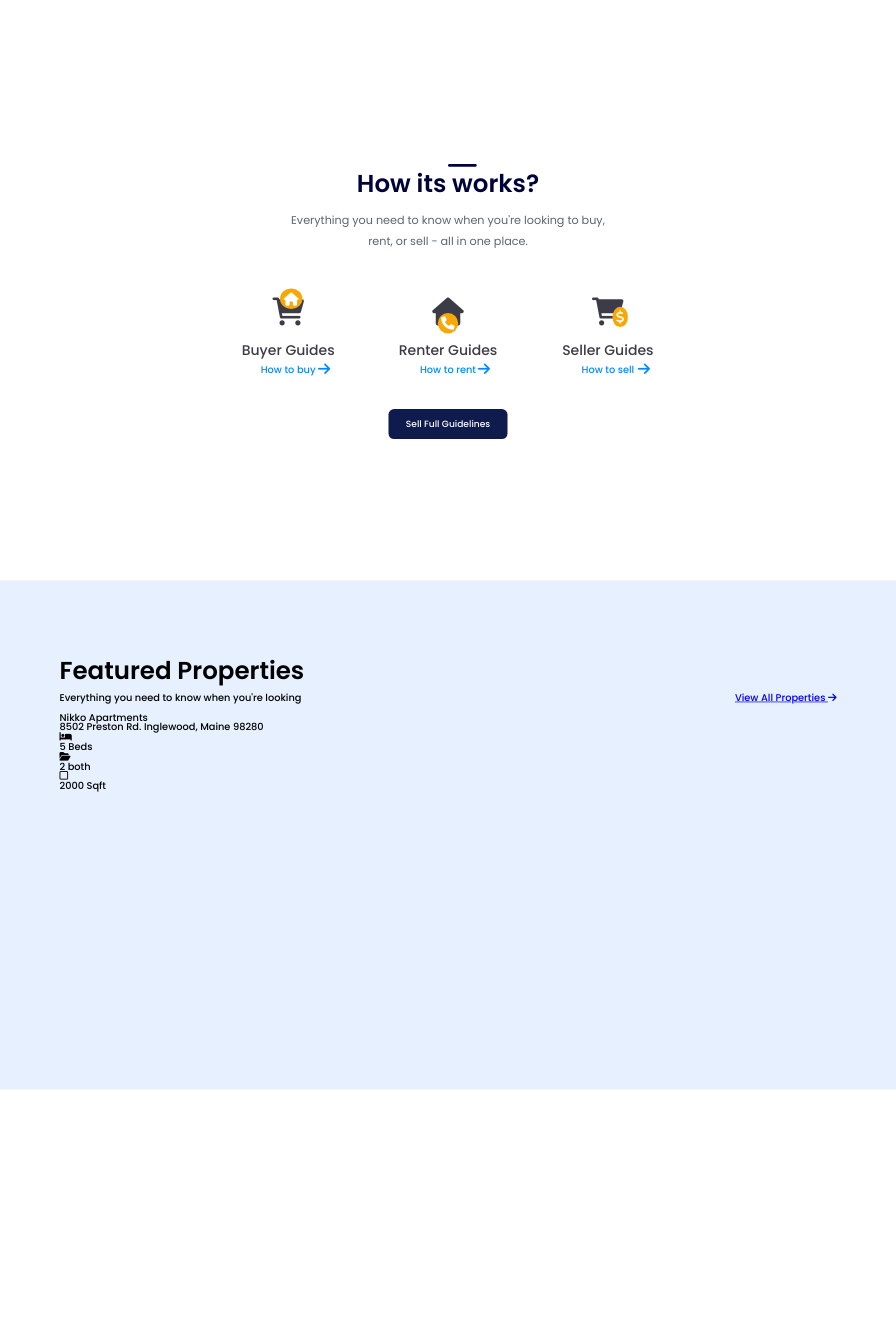
Repository: kauittt/f8-htmlcss-01
Page: index.html
These files come from the project's save history. The page is drawn as it stood at one moment and after the next save; the edit follows.
The browser window is 1280 px wide. The pictures show the part of the page from y = 925 to 2845 px (the page is 2911 px tall), at 70% of full size.

Above is the page before, as saved 2023-01-01 10:35:07.

### index.html
<!DOCTYPE html>
<html lang="en">
    <head>
        <meta charset="UTF-8" />
        <meta http-equiv="X-UA-Compatible" content="IE=edge" />
        <meta name="viewport" content="width=device-width, initial-scale=1.0" />
        <title>F8-PROJECT-01</title>
        <link rel="preconnect" href="https://cdnjs.cloudflare.com" />
        <link
            rel="stylesheet"
            href="https://cdnjs.cloudflare.com/ajax/libs/font-awesome/6.2.1/css/all.min.css"
        />
        <link rel="stylesheet" href="./assets/css/reset.css" />
        <link rel="stylesheet" href="./assets/fonts/stylesheet.css" />
        <link rel="stylesheet" href="./assets/css/styles.css" />
    </head>
    <body>
        <header id="header" class="colored">
            <div class="content">
                <div class="header-nav">
                    <p class="logo">Bensnik.</p>
                    <ul class="header-nav-list">
                        <li class="header-nav-list__item">Home</li>
                        <li class="header-nav-list__item">Features</li>
                        <li class="header-nav-list__item">Services</li>
                        <li class="header-nav-list__item">Resources</li>
                        <li class="header-nav-list__item">Contact</li>
                    </ul>

                    <div class="header-nav-account">
                        <p class="header-nav-account__general">Sign in</p>
                        <p class="header-nav-account__general btn">Sign up</p>
                    </div>
                </div>

                <div class="header-about">
                    <p class="header-about__welcome">
                        Welcome to Bensnik Agency
                    </p>
                    <h1 class="header-about__heading">
                        Discover a place you'll love to live
                    </h1>
                    <p class="header-about__desc">
                        Get the best real estate deals first, before they hit
                        the mass market! hot foreclosure deals with one simple
                        search
                    </p>
                    <p class="header-about__link btn">More About Us</p>
                </div>
            </div>
        </header>

        <div id="client">
            <div class="content">
                <div class="client-infor">
                    <p class="logo">Bensnik.</p>
                    <div class="client-infor-wrap">
                        <i class="fa-solid fa-star client-infor-wrap__item"></i>
                        <i class="fa-solid fa-star client-infor-wrap__item"></i>
                        <i class="fa-solid fa-star client-infor-wrap__item"></i>
                        <i class="fa-solid fa-star client-infor-wrap__item"></i>
                        <i class="fa-solid fa-star client-infor-wrap__item"></i>
                    </div>
                </div>
                <div class="client-infor">
                    <p class="client-infor__text">
                        More than 45,000+ companies trust besnik
                    </p>
                    <p class="client-infor__text">
                        5 Star Ratings (2k+ Review)
                    </p>
                </div>

                <div class="client-logo">
                    <img src="" alt="" />
                </div>
            </div>
        </div>

        <div id="desc">
            <div class="small-content desc-wrap">
                <div class="desc-heading">
                    <h2 class="desc-heading__title">How its works?</h2>
                    <p class="desc-heading__text">
                        Everything you need to know when you're looking to buy,
                        rent, or sell - all in one place.
                    </p>
                </div>

                <div class="desc-guide">
                    <div class="desc-guide-item">
                        <i
                            class="desc-guide-item__icon fa-solid fa-cart-shopping"
                        >
                        </i>
                        <i
                            class="desc-guide-item__childIcon desc-guide-item__childIcon--topCenter fa-solid fa-house"
                        ></i>
                        <p class="desc-guide-item__name">Buyer Guides</p>
                        <p class="desc-guide-item__instruc">
                            How to buy
                            <i
                                class="desc-guide-item__instruc__icon fa-solid fa-arrow-right"
                            ></i>
                        </p>
                    </div>
                    <div class="desc-guide-item">
                        <i
                            class="desc-guide-item__icon fa-solid fa-house"
                        ></i>
                        <i class="desc-guide-item__childIcon desc-guide-item__childIcon--bottomCenter fa-solid fa-phone"></i>
                        </i>
                        <p class="desc-guide-item__name">Renter Guides</p>
                        <p class="desc-guide-item__instruc">
                            How to rent
                            <i
                                class="desc-guide-item__instruc__icon fa-solid fa-arrow-right"
                            ></i>
                        </p>
                    </div>
                    <div class="desc-guide-item">
                        <i
                            class="desc-guide-item__icon fa-solid fa-cart-shopping"
                        >
                        </i>
                        <i class="desc-guide-item__childIcon item__childIcon--bottomRight fa-solid fa-dollar-sign"></i>

                        <p class="desc-guide-item__name">Seller Guides</p>
                        <p class="desc-guide-item__instruc">
                            How to sell
                            <i
                                class="desc-guide-item__instruc__icon fa-solid fa-arrow-right"
                            ></i>
                        </p>
                    </div>
                </div>

                <p class="desc__link btn">Sell Full Guidelines</p>
            </div>
        </div>

        <div id="feature" class="colored">
            <div class="content feature-content">
                <h2 class="feature__heading">Featured Properties</h2>

                <div class="feature-more">
                    <p class="feature-more__desc">
                        Everything you need to know when you're looking
                    </p>

                    <a href="#!" class="feature-more__link">View All Properties <i
                        class="fa-solid fa-arrow-right"
                    ></i></a>

                </div>

                <div class="feature-wrap">
                    <div class="feature-wrap-item">
                        <img src="" alt="" class="feature-wrap-item__img">
                        <p class="feature-wrap-item__title">Nikko Apartments</p>
                        <p class="feature-wrap-item__text">8502 Preston Rd. Inglewood, Maine 98280</p>
                        <div class="feature-wrap-item-desc">
                            <i class="feature-wrap-item-desc__icon fa-solid fa-bed"></i>
                            <p class="feature-wrap-item-desc__text">5 Beds</p>

                            <i class="feature-wrap-item-desc__icon fa-solid fa-folder-open"></i>
                            <p class="feature-wrap-item-desc__text">2 both</p>

                            <i class="feature-wrap-item-desc__icon fa-regular fa-square"></i>
                            <p class="feature-wrap-item-desc__text">2000 Sqft</p>
                        </div>
                    </div>
                </div>
            </div>


        </div>

        <div id="news">
            <div class="content"></div>
        </div>

        <footer id="footer">
            <div class="content">
                <div class="nav"></div>
            </div>
        </footer>

        <script src="./assets/js/basic.js"></script>
    </body>
</html>

### assets/css/reset.css
html,
body,
div,
span,
applet,
object,
iframe,
h1,
h2,
h3,
h4,
h5,
h6,
p,
blockquote,
pre,
a,
abbr,
acronym,
address,
big,
cite,
code,
del,
dfn,
em,
img,
ins,
kbd,
q,
s,
samp,
small,
strike,
strong,
sub,
sup,
tt,
var,
b,
u,
i,
center,
dl,
dt,
dd,
ol,
ul,
li,
fieldset,
form,
label,
legend,
table,
caption,
tbody,
tfoot,
thead,
tr,
th,
td,
article,
aside,
canvas,
details,
embed,
figure,
figcaption,
footer,
header,
hgroup,
menu,
nav,
output,
ruby,
section,
summary,
time,
mark,
audio,
video {
    margin: 0;
    padding: 0;
    border: 0;
    font-size: 100%;
    font: inherit;
    vertical-align: baseline;
}
article,
aside,
details,
figcaption,
figure,
footer,
header,
hgroup,
menu,
nav,
section {
    display: block;
}
body {
    line-height: 1;
}
ol,
ul {
    list-style: none;
}
blockquote,
q {
    quotes: none;
}
blockquote:before,
blockquote:after,
q:before,
q:after {
    content: "";
    content: none;
}
table {
    border-collapse: collapse;
    border-spacing: 0;
}

### assets/fonts/stylesheet.css
@font-face {
    font-family: "Poppins";
    src: url("Poppins/Poppins-Bold.woff2") format("woff2"),
        url("Poppins/Poppins-Bold.woff") format("woff");
    font-weight: bold;
    font-style: normal;
    font-display: swap;
}

@font-face {
    font-family: "Poppins";
    src: url("Poppins/Poppins-Black.woff2") format("woff2"),
        url("Poppins/Poppins-Black.woff") format("woff");
    font-weight: 900;
    font-style: normal;
    font-display: swap;
}

@font-face {
    font-family: "Poppins";
    src: url("Poppins/Poppins-BlackItalic.woff2") format("woff2"),
        url("Poppins/Poppins-BlackItalic.woff") format("woff");
    font-weight: 900;
    font-style: italic;
    font-display: swap;
}

@font-face {
    font-family: "Poppins";
    src: url("Poppins/Poppins-BoldItalic.woff2") format("woff2"),
        url("Poppins/Poppins-BoldItalic.woff") format("woff");
    font-weight: bold;
    font-style: italic;
    font-display: swap;
}

@font-face {
    font-family: "Poppins";
    src: url("Poppins/Poppins-ExtraBold.woff2") format("woff2"),
        url("Poppins/Poppins-ExtraBold.woff") format("woff");
    font-weight: bold;
    font-style: normal;
    font-display: swap;
}

@font-face {
    font-family: "Poppins";
    src: url("Poppins/Poppins-ExtraBoldItalic.woff2") format("woff2"),
        url("Poppins/Poppins-ExtraBoldItalic.woff") format("woff");
    font-weight: bold;
    font-style: italic;
    font-display: swap;
}

@font-face {
    font-family: "Poppins";
    src: url("Poppins/Poppins-ExtraLight.woff2") format("woff2"),
        url("Poppins/Poppins-ExtraLight.woff") format("woff");
    font-weight: 200;
    font-style: normal;
    font-display: swap;
}

@font-face {
    font-family: "Poppins";
    src: url("Poppins/Poppins-ExtraLightItalic.woff2") format("woff2"),
        url("Poppins/Poppins-ExtraLightItalic.woff") format("woff");
    font-weight: 200;
    font-style: italic;
    font-display: swap;
}

@font-face {
    font-family: "Poppins";
    src: url("Poppins/Poppins-Italic.woff2") format("woff2"),
        url("Poppins/Poppins-Italic.woff") format("woff");
    font-weight: normal;
    font-style: italic;
    font-display: swap;
}

@font-face {
    font-family: "Poppins";
    src: url("Poppins/Poppins-Light.woff2") format("woff2"),
        url("Poppins/Poppins-Light.woff") format("woff");
    font-weight: 300;
    font-style: normal;
    font-display: swap;
}

@font-face {
    font-family: "Poppins";
    src: url("Poppins/Poppins-LightItalic.woff2") format("woff2"),
        url("Poppins/Poppins-LightItalic.woff") format("woff");
    font-weight: 300;
    font-style: italic;
    font-display: swap;
}

@font-face {
    font-family: "Poppins";
    src: url("Poppins/Poppins-Medium.woff2") format("woff2"),
        url("Poppins/Poppins-Medium.woff") format("woff");
    font-weight: 500;
    font-style: normal;
    font-display: swap;
}

@font-face {
    font-family: "Poppins";
    src: url("Poppins/Poppins-MediumItalic.woff2") format("woff2"),
        url("Poppins/Poppins-MediumItalic.woff") format("woff");
    font-weight: 500;
    font-style: italic;
    font-display: swap;
}

@font-face {
    font-family: "Poppins";
    src: url("Poppins/Poppins-Regular.woff2") format("woff2"),
        url("Poppins/Poppins-Regular.woff") format("woff");
    font-weight: normal;
    font-style: normal;
    font-display: swap;
}

@font-face {
    font-family: "Poppins";
    src: url("Poppins/Poppins-SemiBold.woff2") format("woff2"),
        url("Poppins/Poppins-SemiBold.woff") format("woff");
    font-weight: 600;
    font-style: normal;
    font-display: swap;
}

@font-face {
    font-family: "Poppins";
    src: url("Poppins/Poppins-SemiBoldItalic.woff2") format("woff2"),
        url("Poppins/Poppins-SemiBoldItalic.woff") format("woff");
    font-weight: 600;
    font-style: italic;
    font-display: swap;
}

@font-face {
    font-family: "Poppins";
    src: url("Poppins/Poppins-Thin.woff2") format("woff2"),
        url("Poppins/Poppins-Thin.woff") format("woff");
    font-weight: 100;
    font-style: normal;
    font-display: swap;
}

@font-face {
    font-family: "Poppins";
    src: url("Poppins/Poppins-ThinItalic.woff2") format("woff2"),
        url("Poppins/Poppins-ThinItalic.woff") format("woff");
    font-weight: 100;
    font-style: italic;
    font-display: swap;
}

### assets/css/styles.css
/*! COMMON */
* {
    box-sizing: border-box;
}

html {
    font-size: 62.5%;
}

body {
    font-family: "Poppins", sans-serif;
    font-size: 1.4rem;
    font-weight: 500;
    display: flex;
    flex-direction: column;
}

:root {
    --main-color: #e6f0ff;
}

.colored {
    background-color: var(--main-color);
}

.content {
    max-width: 111rem;
    margin: 0 auto;
}

.small-content {
    max-width: 68.5rem;
    margin: 0 auto;
}

.logo {
    color: #000228;
    font-weight: 600;
    font-size: 3rem;
}

/*! HEADER */
#header {
    height: 73.6rem;
}

.header-nav {
    display: flex;
    margin-top: 38px;
    height: 4rem;
    justify-content: space-between;
    align-items: center;
}

.header-nav-list {
    display: flex;
    margin-left: -206px;
}

.header-nav-list__item {
    color: #4f5361;
}

.header-nav-list__item + .header-nav-list__item {
    margin-left: 28px;
}

.header-nav-account {
    display: flex;
}

.header-nav-account__general {
    padding: 10px 20px;
    color: #0f1b4c;
}

/*! BUTTONN */
.btn {
    display: inline-block;
    border-radius: 8px;
    color: #fff;
    background-color: #0f1b4c;
    align-items: center;
}
/*!  */

.header-about {
    margin-top: 138px;
    max-width: 55.9rem;
}

.header-about__welcome {
    font-size: 1.8rem;
    color: #687690;
}

.header-about__heading {
    font-size: 6.4rem;
    font-weight: 700;
    line-height: 7.6rem;
    margin: 8px 0 30px 0;
    color: #000336;
}

.header-about__desc {
    font-size: 1.8rem;
    line-height: 3.2rem;
    font-weight: 400;
    color: #5a6473;
}

.header-about__link {
    font-size: 1.3rem;
    padding: 15px 38px;
    margin-top: 40px;
}

/*! LOGO */
#client {
    height: 31.2rem;
    margin-top: 122px;
}

.client-infor {
    display: flex;
    justify-content: space-between;
    align-items: center;
}

.client-infor + .client-infor {
    margin-top: 15px;
}

.client-infor-wrap__item {
    display: inline-block;
    width: 2.03rem;
    height: 1.885rem;
    color: #ffca56;
    line-height: 3rem;
}

.client-infor__text {
    font-size: 1.6rem;
    color: #7d8589;
}

.client-logo {
}

/*! DESCRIPTION */
#desc {
    height: 58.5rem;
}

.desc-wrap {
    text-align: center;
}

.desc-heading {
    max-width: 45rem;
    margin: 0 auto;
    display: flex;
    flex-direction: column;
}

.desc-heading__title {
    font-size: 3.5rem;
    font-weight: 600;
    color: #000339;
    position: relative;
}

.desc-heading__title::before {
    content: "";
    display: block;
    position: absolute;

    width: 4.1rem;
    height: 0.4rem;
    background-color: #000339;

    left: 50%;
    top: -1rem;
    transform: t ranslateX(-50%);
    border-radius: 8px;
}

.desc-heading__text {
    font-size: 1.6rem;
    font-weight: 400;
    line-height: 3rem;
    margin-top: 2rem;
    color: #5a6473;
}

.desc-guide {
    display: flex;
    margin-top: 65px;
    margin-bottom: 50px;
}

.desc-guide-item {
    width: calc(100% / 3);
    position: relative;
}

.desc-guide-item__icon {
    color: #3b3c45;
    font-size: 4rem;
}

.desc-guide-item__childIcon {
    position: absolute;
    font-size: 1.9rem;
}

.desc-guide-item__childIcon--topCenter {
    left: 45%;
    top: -1.2rem;
    padding: 0.5rem;
    color: white;
    background: #f7a804;
    border-radius: 50%;
}
.desc-guide-item__childIcon--bottomCenter {
    left: 50%;
    transform: translateX(-50%);
    bottom: 5.8rem;
    padding: 0.5rem;
    color: white;
    background: #f7a804;
    border-radius: 50%;
}
.item__childIcon--bottomRight {
    left: 53%;
    bottom: 67px;
    background: #f7a804;
    color: white;
    padding: 0.5rem;
    border-radius: 50%;
}

.desc-guide-item__name {
    font-size: 2rem;
    color: #3b3c45;
    margin-top: 26px;
    margin-bottom: 10px;
}

.desc-guide-item__instruc {
    font-size: 1.4rem;
    color: #0689ff;
    position: relative;
}

.desc-guide-item__instruc__icon {
    position: absolute;
    font-size: 2rem;
    top: 50%;
    transform: translateY(-50%);
    right: 5.4rem;
}

.desc__link {
    padding: 15px 25px;
    font-size: 1.3rem;
}

/*! FEATURE */
#feature {
    height: 72.7rem;
}

.feature-content {
    margin-top: 110px;
}

.feature__heading {
    font-size: 3.5rem;
    font-weight: 600;
}

.feature-more {
    display: flex;
    justify-content: space-between;
    margin-top: 15px;
}

.feature-more__desc {
}

.feature-more__link {
}

.feature-wrap {
}

.feature-wrap-item {
}

.feature-wrap-item__img {
}

.feature-wrap-item__title {
}

.feature-wrap-item__text {
}

.feature-wrap-item-desc {
}

.feature-wrap-item-desc__icon {
}

.feature-wrap-item-desc__text {
}

/*! NEWS */
#new {
    height: 40.9rem;
}

/*! FOOTER */
#footer {
    height: 42.9rem;
}

Loaded but not shown: assets/js/basic.js (no copy from this time; the picture is the same without it)

After the next save:
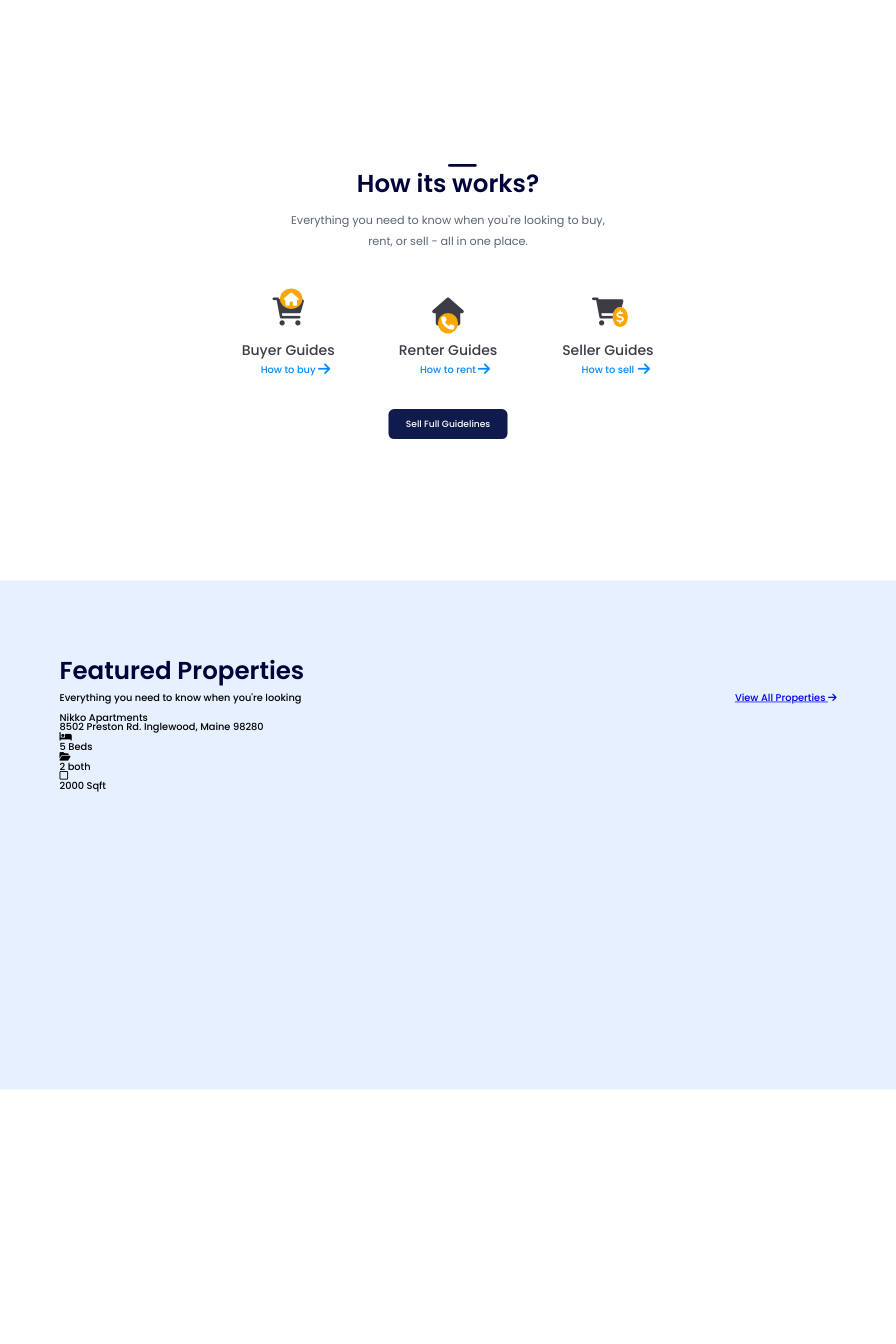
Saved 27 s later.
--- a/assets/css/styles.css
+++ b/assets/css/styles.css
@@ -278,6 +278,7 @@ body {
 .feature__heading {
     font-size: 3.5rem;
     font-weight: 600;
+    color: #000339;
 }
 
 .feature-more {
